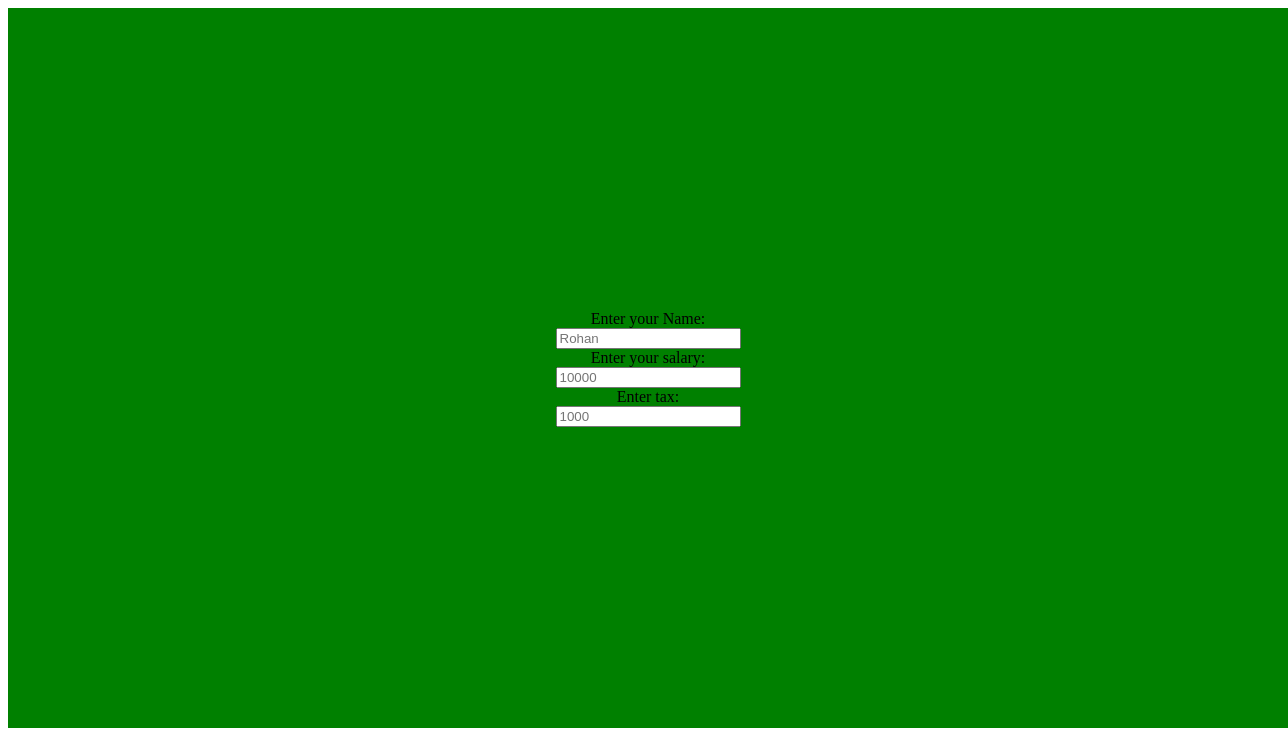
Repository: rohanaj2001/j2ee
Page: prog6/src/main/webapp/index.html
These files come from the project's save history. The page is drawn as it stood at one moment and after the next save; the edit follows.
The browser window is 1280 px wide. The page is 1288 px wide, so the pictures cover 1288 px, including what lies to the right of the window. The pictures show the whole page.

Above is the page before, as saved 2023-05-25 17:36:34.

After the next save:
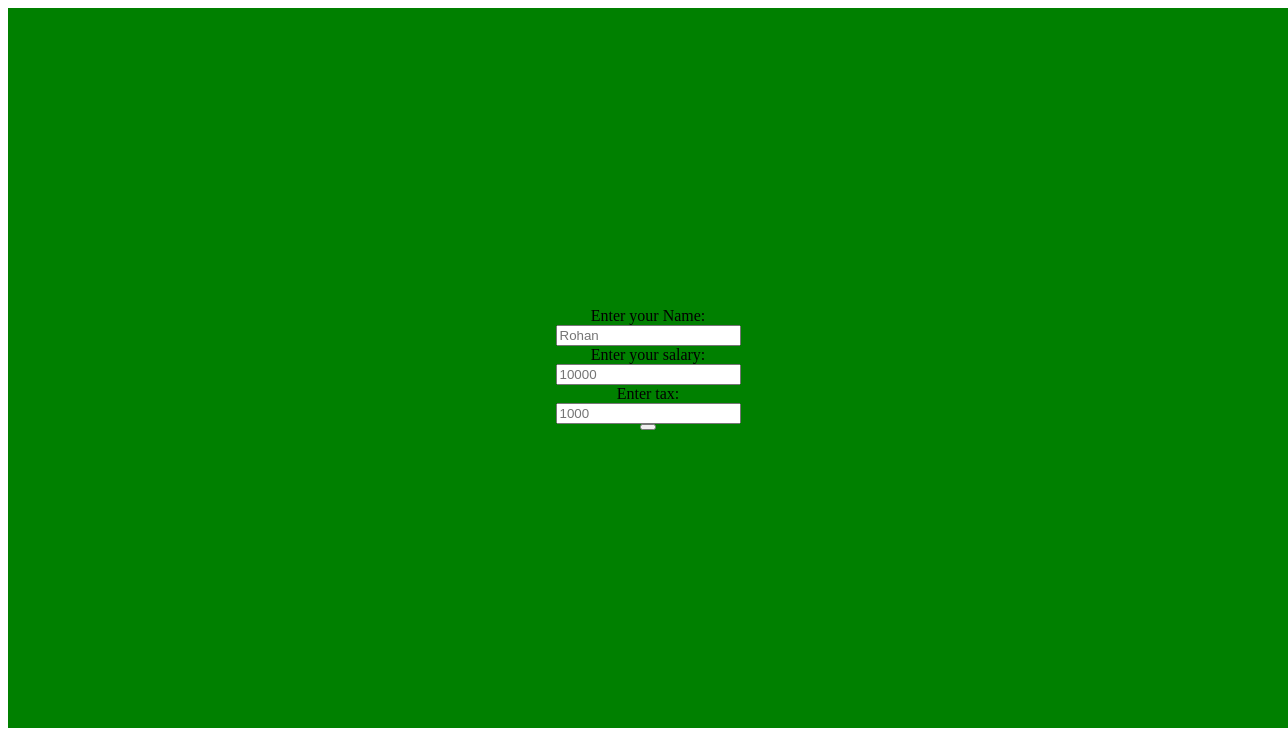
Saved 77 s later.
--- a/prog6/src/main/webapp/index.html
+++ b/prog6/src/main/webapp/index.html
@@ -10,6 +10,7 @@
 Enter your Name:<input type="text" placeholder="Rohan" name="name">
 Enter your salary:<input type="number" placeholder="10000" name="sal">
 Enter tax:<input type="number" placeholder="1000" name="tax">
+<button type="submit"></button>
 </form>
 </body>
 </html>
